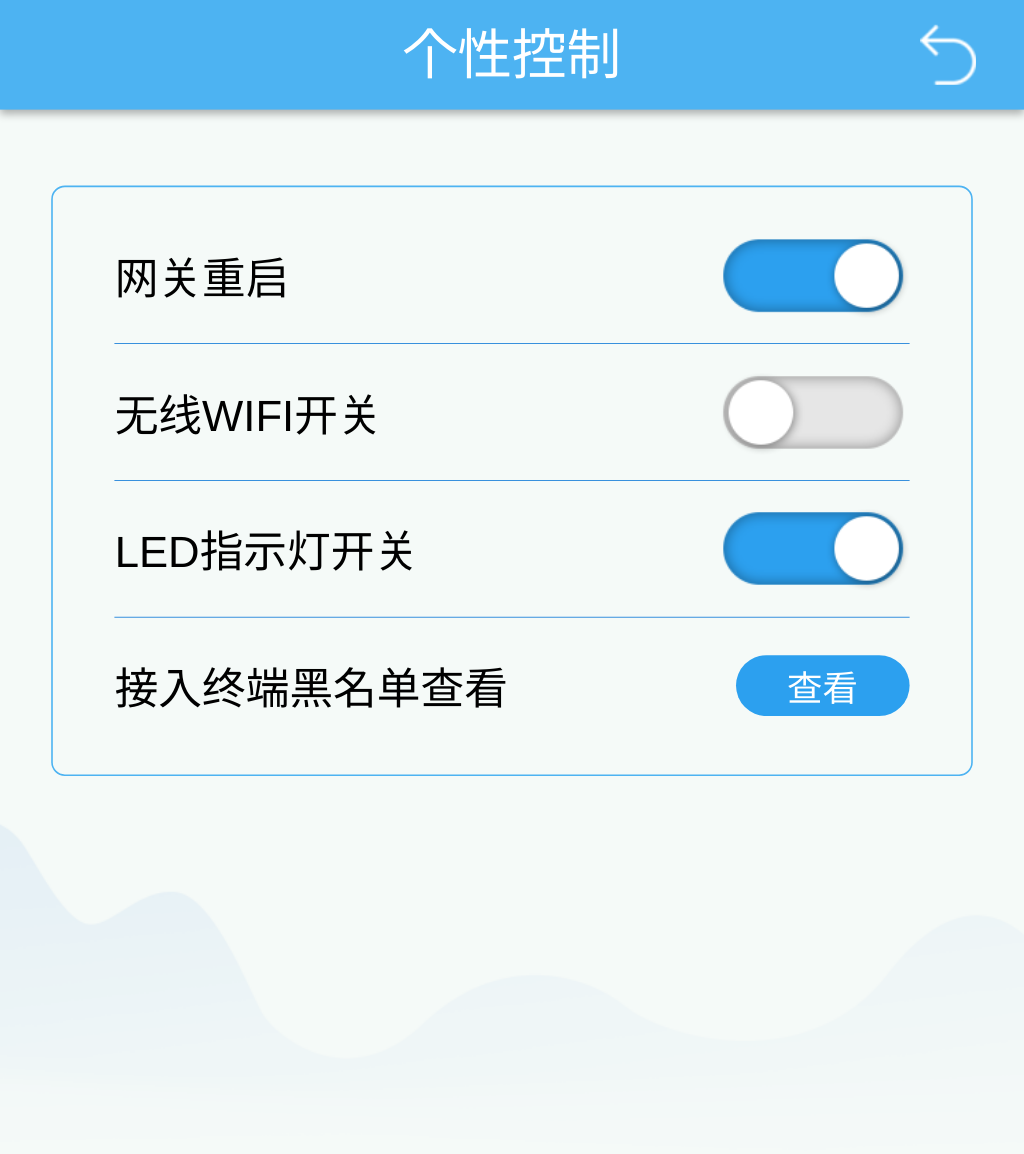
Repository: wangbiaozy/8.24
Page: index_test.html
An editor plug-in stored every save of this project. The page is shown before and after the next save, followed by the edit.
The browser window is 1280 px wide. The pictures show the whole page, at 80% of full size.

Above is the page before, as saved 2018-08-22 18:51:24.

### index_test.html
<!DOCTYPE html>
<html lang="en">
<head>
    <meta charset="UTF-8">
    <meta name="viewport"
          content="width=device-width, user-scalable=no, initial-scale=1.0, maximum-scale=1.0, minimum-scale=1.0">
    <title>Title</title>
    <link rel="stylesheet" href="css/reset.min.css">
    <link rel="stylesheet/less" href="css/styles_control.less">
    <script src="js/less-1.7.0.min.js"></script>
</head>
<body>
    <header>
        <p>个性控制</p>
        <a class="back" href="javascript:void(0)"></a>
    </header>
    <section>
        <ul id="controlBox">
            <li>
                <p>网关重启</p>
                <a href="javascript:void(0)"></a>
            </li>
            <li>
                <p>无线WIFI开关</p>
                <a class="off" href="javascript:void(0)"></a>
            </li>
            <li>
                <p>LED指示灯开关</p>
                <a href="javascript:void(0)"></a>
            </li>
            <li>
                <p>接入终端黑名单查看</p>
                <div id="look_blacklist">
                    <p>查看</p>
                </div>
            </li>
        </ul>
        <div></div>
    </section>
    <!-- 黑名单弹窗 -->
    <div class="blacklistModel">
        <div>
            <h2><span></span>接入终端黑名单</h2>
        </div>
        <div>
            <ul>
                <li>8397-ecm-dict-13224-ecm-dict</li>
                <li>8397-ecm-dict-13224-ecm-dict</li>
                <li>8397-ecm-dict-13224-ecm-dict</li>
                <li>8397-ecm-dict-13224-ecm-dict</li>
                <li>8397-ecm-dict-13224-ecm-dict</li>
                <li>8397-ecm-dict-13224-ecm-dict</li>
                <li>8397-ecm-dict-13224-ecm-dict</li>
                <li>8397-ecm-dict-13224-ecm-dict</li>
                <li>8397-ecm-dict-13224-ecm-dict</li>
                <li>8397-ecm-dict-13224-ecm-dict</li>
                <li>8397-ecm-dict-13224-ecm-dict</li>
                <li>8397-ecm-dict-13224-ecm-dict</li>
                <li>8397-ecm-dict-13224-ecm-dict</li>
                <li>8397-ecm-dict-13224-ecm-dict</li>
                <li>8397-ecm-dict-13224-ecm-dict</li>
                <li>8397-ecm-dict-13224-ecm-dict</li>
                <li>8397-ecm-dict-13224-ecm-dict</li>
                <li>8397-ecm-dict-13224-ecm-dict</li>
            </ul>
        </div>
        <a class="close" href="javascript:void(0)">关闭</a>
    </div>
</body>
</html>
<script src="js/jquery-1.10.1.min.js"></script>
<script src="js/index.js"></script>

### css/reset.min.css
@charset "utf-8";
/*默认样式清除和初始化*/
body,h1,h2,h3,h4,h5,h6,hr,p,blockquote,dl,dt,dd,ul,ol,li,button,input,textarea,th,td{margin:0;padding:0}body{font-size:12px;font-style:normal;font-family:"\5FAE\8F6F\96C5\9ED1",Helvetica,sans-serif}small{font-size:12px}h1{font-size:18px}h2{font-size:16px}h3{font-size:14px}h4,h5,h6{font-size:100%}ul,ol{list-style:none}a{text-decoration:none;background-color:transparent}a:hover,a:active{outline-width:0;text-decoration:none}table{border-collapse:collapse;border-spacing:0}hr{border:0;height:1px}img{border-style:none}img:not([src]){display:none}svg:not(:root){overflow:hidden}html{-webkit-touch-callout:none;-webkit-text-size-adjust:100%}input,textarea,button,a{-webkit-tap-highlight-color:rgba(0,0,0,0)}article,aside,details,figcaption,figure,footer,header,main,menu,nav,section,summary{display:block}audio,canvas,progress,video{display:inline-block}audio:not([controls]),video:not([controls]){display:none;height:0}progress{vertical-align:baseline}mark{background-color:#ff0;color:#000}sub,sup{position:relative;font-size:75%;line-height:0;vertical-align:baseline}sub{bottom:-0.25em}sup{top:-0.5em}button,input,select,textarea{font-size:100%;outline:0}button,input{overflow:visible}button,select{text-transform:none}textarea{overflow:auto}button,html [type="button"],[type="reset"],[type="submit"]{-webkit-appearance:button}button::-moz-focus-inner,[type="button"]::-moz-focus-inner,[type="reset"]::-moz-focus-inner,[type="submit"]::-moz-focus-inner{border-style:none;padding:0}button:-moz-focusring,[type="button"]:-moz-focusring,[type="reset"]:-moz-focusring,[type="submit"]:-moz-focusring{outline:1px dotted ButtonText}[type="checkbox"],[type="radio"]{box-sizing:border-box;padding:0}[type="number"]::-webkit-inner-spin-button,[type="number"]::-webkit-outer-spin-button{height:auto}[type="search"]{-webkit-appearance:textfield;outline-offset:-2px}[type="search"]::-webkit-search-cancel-button,[type="search"]::-webkit-search-decoration{-webkit-appearance:none}::-webkit-input-placeholder{color:inherit;opacity:.54}::-webkit-file-upload-button{-webkit-appearance:button;font:inherit}.clear:after{display:block;height:0;content:"";clear:both}
*{ -webkit-tap-highlight-color: rgba(0,0,0,0);-webkit-tap-highlight-color: transparent; /* For some Androids */ }

### js/index.js
(function (doc, win) {
    var docEl = doc.documentElement,
        resizeEvt = 'orientationchange' in window ? 'orientationchange' : 'resize',
        recalc = function () {
            var clientWidth = docEl.clientWidth;
            if (!clientWidth) return;
            docEl.style.fontSize = 100 * (clientWidth / 750) + 'px';
        };
    if (!doc.addEventListener) return;
    win.addEventListener(resizeEvt, recalc, false);
    doc.addEventListener('DOMContentLoaded', recalc, false);
})(document, window);
$(function () {

    //一键体检
    $('#beforeBtn').on('click',function(){
        $('.before').hide();
        $('.check').show();
        $('.progress').circleProgress({
            value: 1,
            size: 115,
            startAngle: Math.PI/2,
            thickness: 14,
            animation: {duration:12000},//进度条完成时间（ms）
            fill: {
                gradient: ["#32edfd"]
            },
            //circle-animation-start：	function(event)-event - jQ事件
            //circle-animation-progress：	function(event, animationProgress, stepValue)：-event - jQ事件 animationProgress - 从0.0到1.0stepValue - 当前的步长值，从0.0到value
            //circle-animation-end:	function(event)：-event - jQ事件
        }).on('circle-animation-progress', function (event, progress, stepValue) {
                $(this).find('span').html(parseInt(stepValue.toFixed(2) * 100));
        }).on('circle-animation-end',function(){
            $('.message').removeClass('move');
            stop();
            $('.check').hide();
            $('.result').show();
        });
        start();
        messageMove();
    });


    //检查项滚动
    var messageInnerText = '1111';
    function messageScroll(){
        $('.message').children('li:first-child').remove();
        $('.message').append('<li>'+messageInnerText+'</li>');
        if(!$('.message').hasClass('move')){
            window.clearInterval(timer);
        }
    }
    function messageMove(){
        timer = window.setInterval(messageScroll,500);
    }


    //检测时间
    var hour,minute,second;
    hour=minute=second=0;
    var millisecond=0;
    var int;
    function start(){
        int=setInterval(times,50);
    }
    function times(){
        millisecond=millisecond+50;
        if(millisecond>=1000){
            millisecond=0;
            second=second+1;
        }
        if(second>=60){
            second=0;
            minute=minute+1;
        }

        if(minute>=60){
            minute=0;
            hour=hour+1;
        }
      $('#timeText').text((hour<10?"0"+hour:hour)+':'+(minute<10?"0"+minute:minute)+':'+(second<10?"0"+second:second));
    }
    function stop(){
        window.clearInterval(int);
    }


    //查看详细清单下拉
    $('.arrow').on('click',function(){
        var $this = $(this),
            $listBox = $(this).siblings('div');
        $listBox.slideToggle("normal",function(){
            if($listBox.css('display') === 'block'){
                $this.addClass('act');
                $this.siblings('p').css('opacity','0');
            }else{
                $this.removeClass('act');
                $this.siblings('p').css('opacity','1');
            }
        });
    });



    //网关重启 WIFI开关 LED指示灯开关 查看黑名单
    $('#controlBox').on('click','a',function(){
        var $this = $(this);
        if($this.hasClass('off')){
            $this.removeClass('off');
        }else{
            $this.addClass('off');
        }
    });

    $('#look_blacklist').on('click',function(){
        $('.blacklistModel').show();
    });

    //返回
    $('.back').on('click',function(){
        window.history.go(-1);
    });
    //关闭弹窗
    $('.close').on('click',function(){
        $(this).parent().hide();
        hideMask();
    });
    //显示遮罩层
    function showMask(){
        $("#mask").css("height",$(document).height());
        $("#mask").css("width",$(document).width());
        $("#mask").show();
        $('body').css('position','fixed');
    }
    //隐藏遮罩层
    function hideMask(){
        $("#mask").hide();
        $('body').css('position','unset');
    }
});

Loaded but not shown: js/less-1.7.0.min.js (library); js/jquery-1.10.1.min.js (library)

After the next save:
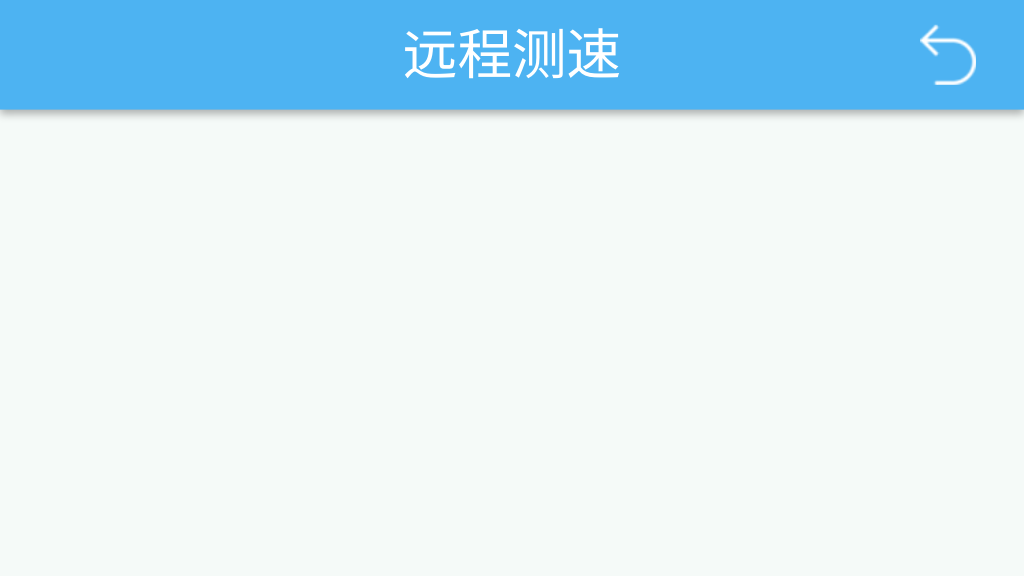
Saved 29 s later.
--- a/index_test.html
+++ b/index_test.html
@@ -11,61 +11,9 @@
 </head>
 <body>
     <header>
-        <p>个性控制</p>
+        <p>远程测速</p>
         <a class="back" href="javascript:void(0)"></a>
     </header>
-    <section>
-        <ul id="controlBox">
-            <li>
-                <p>网关重启</p>
-                <a href="javascript:void(0)"></a>
-            </li>
-            <li>
-                <p>无线WIFI开关</p>
-                <a class="off" href="javascript:void(0)"></a>
-            </li>
-            <li>
-                <p>LED指示灯开关</p>
-                <a href="javascript:void(0)"></a>
-            </li>
-            <li>
-                <p>接入终端黑名单查看</p>
-                <div id="look_blacklist">
-                    <p>查看</p>
-                </div>
-            </li>
-        </ul>
-        <div></div>
-    </section>
-    <!-- 黑名单弹窗 -->
-    <div class="blacklistModel">
-        <div>
-            <h2><span></span>接入终端黑名单</h2>
-        </div>
-        <div>
-            <ul>
-                <li>8397-ecm-dict-13224-ecm-dict</li>
-                <li>8397-ecm-dict-13224-ecm-dict</li>
-                <li>8397-ecm-dict-13224-ecm-dict</li>
-                <li>8397-ecm-dict-13224-ecm-dict</li>
-                <li>8397-ecm-dict-13224-ecm-dict</li>
-                <li>8397-ecm-dict-13224-ecm-dict</li>
-                <li>8397-ecm-dict-13224-ecm-dict</li>
-                <li>8397-ecm-dict-13224-ecm-dict</li>
-                <li>8397-ecm-dict-13224-ecm-dict</li>
-                <li>8397-ecm-dict-13224-ecm-dict</li>
-                <li>8397-ecm-dict-13224-ecm-dict</li>
-                <li>8397-ecm-dict-13224-ecm-dict</li>
-                <li>8397-ecm-dict-13224-ecm-dict</li>
-                <li>8397-ecm-dict-13224-ecm-dict</li>
-                <li>8397-ecm-dict-13224-ecm-dict</li>
-                <li>8397-ecm-dict-13224-ecm-dict</li>
-                <li>8397-ecm-dict-13224-ecm-dict</li>
-                <li>8397-ecm-dict-13224-ecm-dict</li>
-            </ul>
-        </div>
-        <a class="close" href="javascript:void(0)">关闭</a>
-    </div>
 </body>
 </html>
 <script src="js/jquery-1.10.1.min.js"></script>
